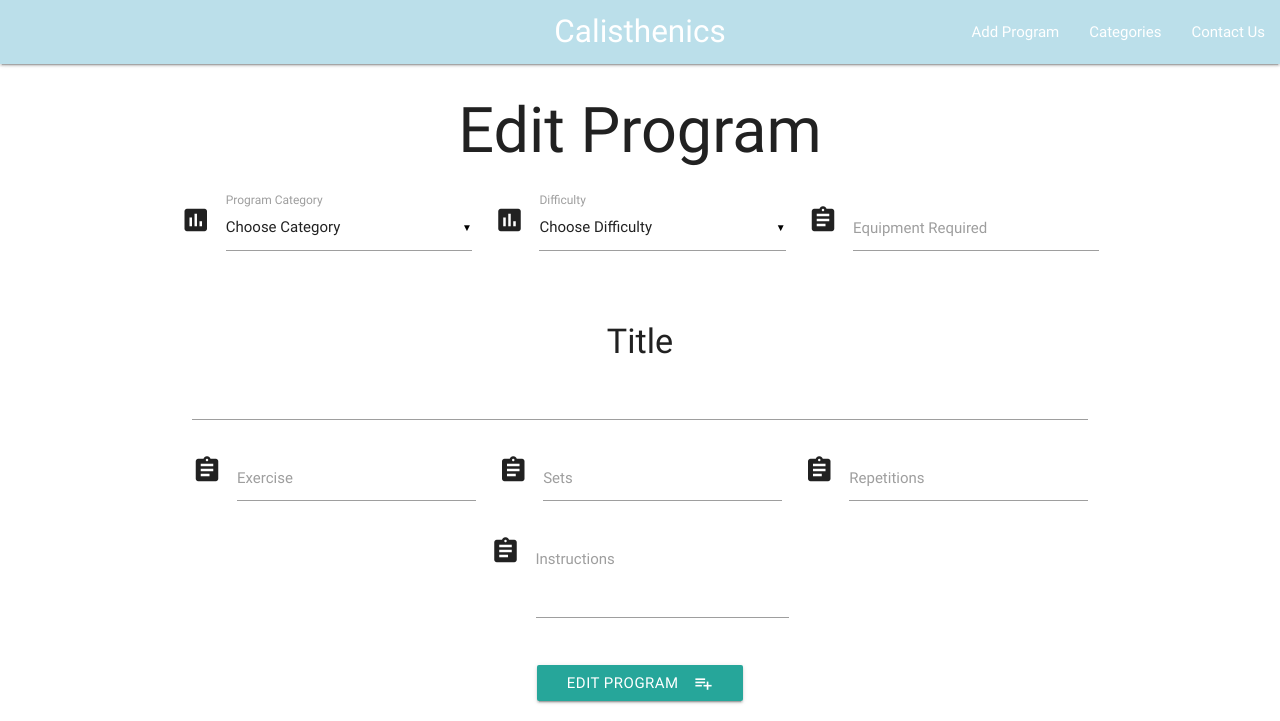
Repository: Ario124/calisthenics-project
Page: templates/edit_program.html
The author's editor kept a record of every edit. The page is drawn from the files as they stood at one moment, then again after the next edit.
The browser window is 1280 px wide. The pictures show the whole page.
The page is served by the project's application, run on Flask 3 (app.py). The template is opened directly, without the code that normally fills it, so the values that code supplies are empty.

Above is the page before.
Console error: TypeError: Cannot read properties of null (reading 'addEventListener')

### templates/edit_program.html
{% extends 'base.html' %}
{% block content %}


            <h1 class="center-align">Edit Program</h1>
       <div class="container">

           <form action="{{url_for('edit_program', program_id=program._id)}}" method="POST" class="col s12">
                <div class="row">
            <div class="row">
                <div class="input-field col s4">
                    <i class="material-icons prefix">poll</i>
                    <select id="category" name="category_name">
                  <option value="" disabled selected>Choose Category</option>
                  {% for cat in categories %}
                      {% if cat.category_name == program.category_name %}
                      <option value="{{cat.category_name}}" selected>{{cat.category_name}}</option>
                      {% else %}
                      <option value="{{cat.category_name}}">{{cat.category_name}}</option>
                   {% endif %}
                  {% endfor %}
                </select>
                    <label>Program Category</label>
                </div>




                <div class="input-field col s4">
                    <i class="material-icons prefix">poll</i>
                    <select id="difficulty" name="difficulty_level">
                  <option value="" disabled selected>Choose Difficulty</option>
                  {% for dif in difficulties %}
                      {% if dif.difficulty_level == program.difficulty_level %}
                      <option value="{{dif.difficulty_level}}" selected>{{dif.difficulty_level}}</option>
                      {% else %}
                      <option value="{{dif.difficulty_level}}">{{dif.difficulty_level}}</option>
                   {% endif %}
                  {% endfor %}
                </select>
                    <label>Difficulty</label>
                </div>
                                            <div class="input-field col s4">
                <i class="material-icons prefix">assignment</i>
                <input id="equipment_required" name="equipment_required" type="text" class="validate" value="{{program.equipment_required}}">
                <label for="icon_prefix">Equipment Required</label>
            </div>

            </div>


            <div class="input-field col s12">
                <h4 class="center-align">Title</h4>
                <input id="program_name" name="program_name" type="text" class="center-align validate" value="{{program.program_name}}">

            </div>

            <div class="input-field col s4">
                <i class="material-icons prefix">assignment</i>
                <input id="exercise" name="exercise" type="text" class="validate" value="{{program.exercise}}">
                <label for="icon_prefix">Exercise</label>
            </div>

                        <div class="input-field col s4">
                <i class="material-icons prefix">assignment</i>
                <input id="sets_amount" name="sets_amount" type="text" class="validate" value="{{program.sets_amount}}">
                <label for="icon_prefix">Sets</label>
            </div>

                                    <div class="input-field col s4">
                <i class="material-icons prefix">assignment</i>
                <input id="reps_amount" name="reps_amount" type="text" class="validate" value="{{program.reps_amount}}">
                <label for="icon_prefix">Repetitions</label>
            </div>

            <div class="container">
            <div class="input-field col s6 offset-s3">
                <i class="material-icons prefix">assignment</i>
                <textarea name="description" id="description" class="materialize-textarea">{{program.description}}</textarea>
                <label for="icon_prefix">Instructions</label>
            </div>
            </div>


        </div>
                                <div class="row center-align">
            <button class="btn waves-effect waves-light" type="submit" name="action">Edit Program
                <i class="material-icons right">playlist_add</i>
             </button>
        </div>
         </form>
       </div>





{% endblock %}

### templates/base.html
<!DOCTYPE html>
<html lang="en">
<head>
    <link href="https://fonts.googleapis.com/icon?family=Material+Icons" rel="stylesheet">
    <link rel="stylesheet" href="https://cdnjs.cloudflare.com/ajax/libs/materialize/0.100.2/css/materialize.min.css">
                <link rel="stylesheet" href="{{url_for('static', filename="css/main.css")}}" type="text/css" />

    <title>Calisthenics Project</title>
</head>
<body>
<header>

    <div class="navbar-fixed">
        <nav>
            <div class="nav-wrapper">
              <a href="{{url_for('home')}}" class="brand-logo center">Calisthenics</a>
              <ul id="nav-mobile" class="right hide-on-med-and-down">
                <li><a href="{{url_for('add_program')}}">Add Program</a></li>
                <li><a href="{{url_for('categories')}}">Categories</a></li>
                <li><a href="{{url_for('contact')}}">Contact Us</a></li>
              </ul>
            </div>
      </nav>
    </div>


</header>
    {% block content %}
    {% endblock %}

    <script src="https://cdnjs.cloudflare.com/ajax/libs/jquery/3.4.1/jquery.min.js"></script>
    <script src="https://cdnjs.cloudflare.com/ajax/libs/materialize/0.100.2/js/materialize.min.js"></script>


        <!--- Problem with new Chrome version, seems like the materialize dropdown is not working properly.
              Due to this incident you might have to click twice before being able to select.--->

    <script type="text/javascript">

        $(document).ready(function () {
            $('.collapsible').collapsible();
            $('select').material_select();
        });

          $(document).ready(function(){
    $('.modal').modal();
  });

        document.getElementById("matfix").addEventListener("click", function(e) {
	e.stopPropagation();
});

    </script>

</body>
</html>

### app.py
import os
from flask import Flask, render_template, redirect, request, url_for
from flask_pymongo import PyMongo
from bson.objectid import ObjectId

app = Flask(__name__)


app.config["MONGO_DBNAME"] = 'calisthenics-project'
app.config["MONGO_URI"] = 'mongodb+srv://root:pasol005@myfirstcluster-qno2b.mongodb.net/calisthenics?retryWrites=true&w=majority'


mongo = PyMongo(app)

@app.route('/')
@app.route('/home')
def home():
    return render_template('index.html')

@app.route('/add_program')
def add_program():
    return render_template('add_program.html', categories =mongo.db.categories.find(), difficulty =mongo.db.difficulty.find())


@app.route('/categories')
def categories():
    return render_template('categories.html')

@app.route('/contact')
def contact():
    return render_template('contact.html')

@app.route('/get_programs')
def get_programs():
    return render_template('programs.html',
        training_programs=mongo.db.training_programs.find(), description =mongo.db.description.find())


@app.route('/insert_program', methods=['POST'])
def insert_program():
    training_programs = mongo.db.training_programs
    training_programs.insert_one(request.form.to_dict())
    return redirect(url_for('get_programs'))

@app.route('/edit_program/<program_id>')
def edit_program(program_id):
    _program = mongo.db.training_programs.find_one({"_id": ObjectId(program_id)})
    _categories = mongo.db.categories.find()
    _difficulty = mongo.db.difficulty.find()
    category_list = [category for category in _categories]
    difficulty_list = [difficult for difficult in _difficulty]
    return render_template('edit_program.html', program = _program, categories = category_list, difficulties = difficulty_list)


@app.route('/update_program/<program_id>', methods=['POST'])
def update_program(program_id):
    training_programs = mongo.db.training_programs
    training_programs.update({'_id': ObjectId(program_id)},
    {
        'category_name':request.form.get('category_name'),
        'difficulty_level':request.form.get('difficulty_level'),
        'program_name':request.form.get('program_name'),
        'exercise':request.form.get('exercise'),
        'sets_amount':request.form.get('sets_amount'),
        'reps_amount':request.form.get('reps_amount'),
        'equipment_required':request.form.get('equipment_required'),
        'description':request.form.get('description')
    })
    return redirect(url_for('get_programs'))

@app.route('/add_exercise')
def add_exercise():
    return render_template('add_exercise.html')

if __name__ == '__main__':
    app.run(host=os.environ.get('IP'),
            port=int(os.environ.get('PORT')),
            debug=True)

### static/css/main.css
nav {
    background-color: #2c9cbd52;

}

.brand-logo {
    font-size: 40px;
}

.video-container iframe, .video-container object, .video-container embed {
    position: absolute;
    top: 0;
    left: 0;
    width: 100%;
    height: 100%;

}


.circle {
    width: 36%;
}

.video-container {
    bottom: 65px;
    z-index: -4;
}

.collapsible-header {

}

.rrow {
    font-size: 100px;
}

.contoo {
    background-color: #212525e8;
    color: orange;
}

.program-header {
    margin-top: 5px;
}

After the next edit:
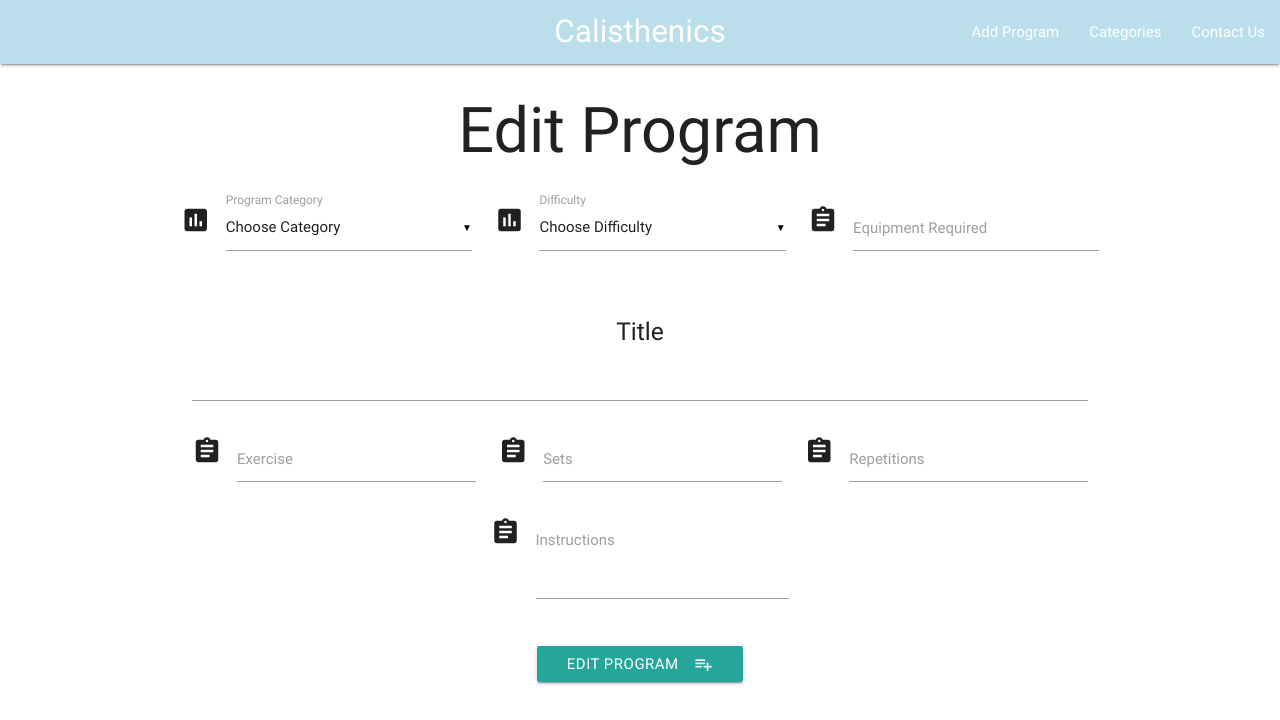
The edit:
--- a/templates/edit_program.html
+++ b/templates/edit_program.html
@@ -50,7 +50,7 @@
 
 
             <div class="input-field col s12">
-                <h4 class="center-align">Title</h4>
+                <h5 class="center-align">Title</h5>
                 <input id="program_name" name="program_name" type="text" class="center-align validate" value="{{program.program_name}}">
 
             </div>
